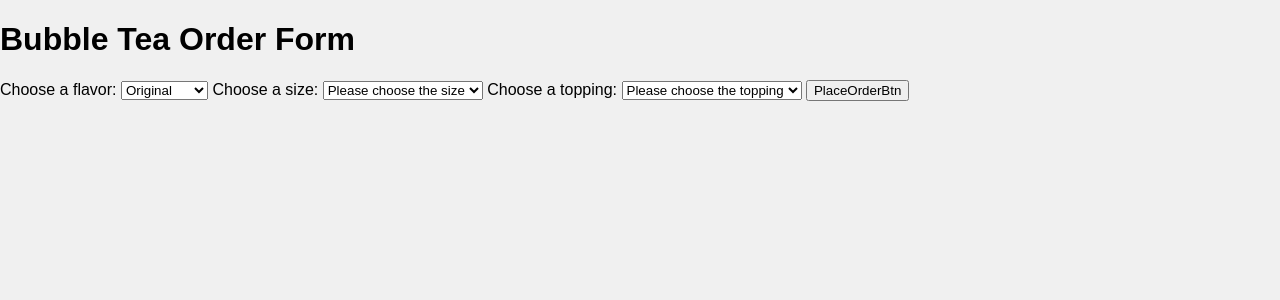
Repository: liulian26/CS5610
Page: lab3/index.html
The author's editor kept a copy of each file at every save. The page is drawn from the files as they stood at one save, then again after the next save.
The browser window is 1280 px wide. The pictures show the whole page.

Above is the page before, as saved 2025-01-30 19:50:06.

### lab3/index.html
<!DOCTYPE html>
<html lang="en">
  <head>
    <meta charset="utf-8" />
    <title>Bubble Tea ordering system</title>
    <link rel="stylesheet" href="css/styles.css" />
    <script defer src="js/script.js"></script>
  </head>

  <body>
    <main>
      <form id="bubbleTeaForm">
        <h1>Bubble Tea Order Form</h1>

        <!--- choose a flavor -->
        <label for="flavor">Choose a flavor:</label>
        <select id="flavor">
          <option value="original">Original</option>
          <option value="mango">Mango</option>
          <option value="strawberry">Strawberry</option>
        </select>

        <!--- choose a size -->
        <label for="size">Choose a size:</label>
        <select id = "size">
        <option value="" disabled selected>Please choose the size</option>
          <option value="small">Small</option>
          <option value="medium">Medium</option>
          <option value="large">Large</option>
        </select>

        <!--- choose a topping -->
        <label for="topping">Choose a topping:</label>
        <select id="topping" mutiple>
            <option value="" disabled selected>Please choose the topping</option>
            <option value="boba">Boba</option>
            <option value="jelly">Jelly</option>
            <option value="pudding">Pudding</option>
        </select>

        <!-- submit the order-->
        <button type="Place Order">PlaceOrderBtn</button>

      </form>
    </main>
  </body>
</html>

### lab3/css/styles.css
body{
    background-color: #f0f0f0;
    font-family: Arial, sans-serif;
    margin: 0;
    padding: 0;
}

### week4/js/script.js
// let user;
// do{let user = prompt("What is your name?");
// } while (isNaN(user) === false || user.length === 1);

// console.log(typeof user);

let students = [
    {
        name: "Cristian",
        age: 30,
        location: "Vancouver"
     },
     {
        name: "James",
        age: 40,
        location: "Toronto"
     },
     {
        name: "Garry",
        age: 20,
        location: "Vancouver"
     },
];

// function that student is in Vancouver
function findstudentinvancouver() {
    let vancouverStudents = [];
    for(let i = 0; i < students.length; i++){
        if(students[i].location === "Vancouver"){
            // console.log student name lives in Vancouver
            console.log('${student[i].name} lives in  ${student[i].location}');
            vancouverStudents.push(students[i]);
            }
        }
        return vancouverStudents;
}

const returnedArray = findstudentinvancouver();
console.log(returnedArray);

After the next save:
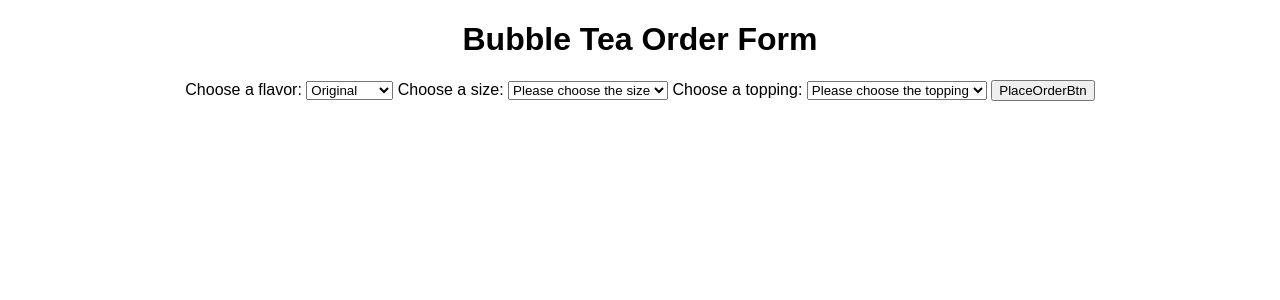
Saved 39 s later.
--- a/lab3/css/styles.css
+++ b/lab3/css/styles.css
@@ -1,6 +1,5 @@
 body{
-    background-color: #f0f0f0;
+    background-color: white;
     font-family: Arial, sans-serif;
-    margin: 0;
-    padding: 0;
+    text-align: center;
 }
